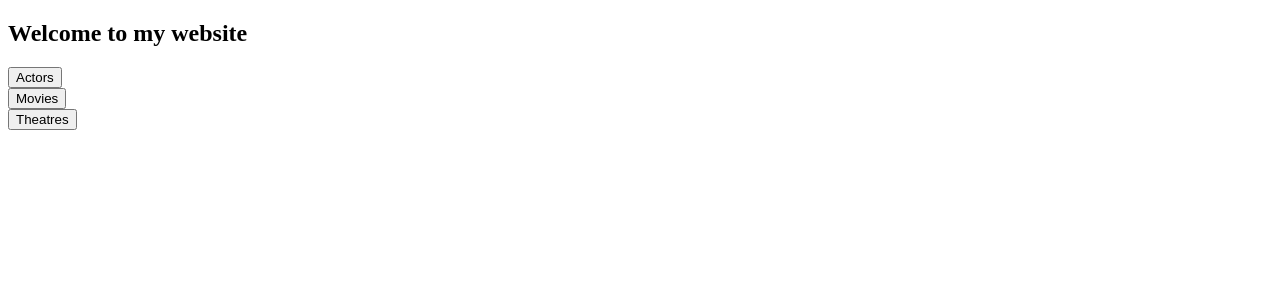
Repository: Rohit-Sarkar55/microservice-Springboot
Page: http://localhost/movie-web/views/index.jsp
These files come from the project's save history. The page is drawn as it stood at one moment and after the next save; the edit follows.
The browser window is 1280 px wide. The pictures show the whole page.
The page is served by Tomcat 9.

Above is the page before, as saved 2024-01-18 06:14:18.

After the next save:
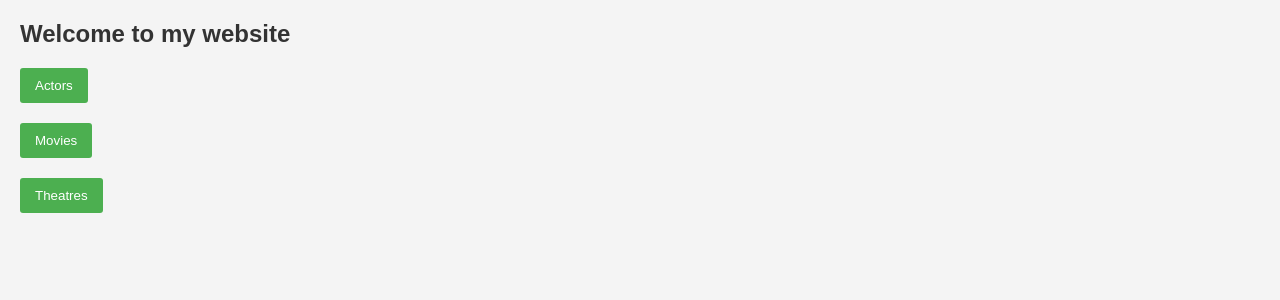
Saved 21 min 4 s later.
--- a/movie-web/src/main/webapp/views/index.jsp
+++ b/movie-web/src/main/webapp/views/index.jsp
@@ -5,6 +5,37 @@
 <head>
 <meta charset="ISO-8859-1">
 <title>Insert title here</title>
+	<style>
+        body {
+            font-family: Arial, sans-serif;
+            background-color: #f4f4f4;
+            margin: 20px;
+        }
+
+        h2 {
+            color: #333;
+        }
+
+        form {
+            margin-bottom: 20px;
+        }
+
+        input[type="submit"] {
+            background-color: #4CAF50;
+            color: white;
+            padding: 10px 15px;
+            border: none;
+            border-radius: 3px;
+            cursor: pointer;
+        }
+
+        input[type="submit"]:hover {
+            background-color: #45a049;
+        }
+    </style>
+
+
+
 </head>
 <body>
 	<h2>Welcome to my website </h2>
